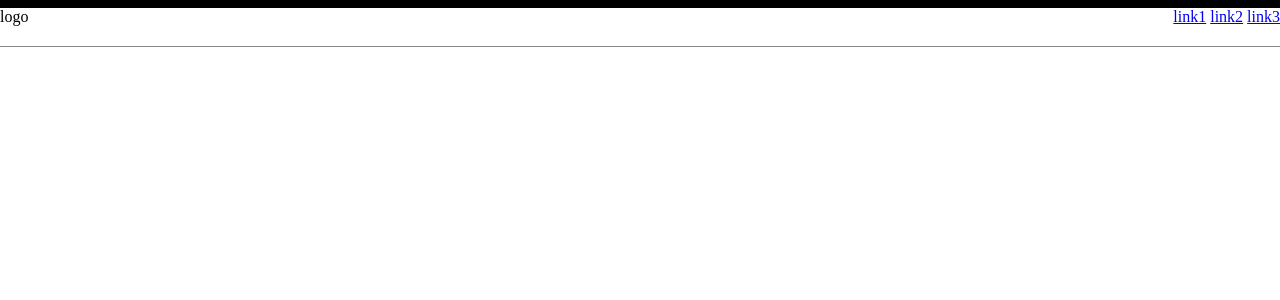
Repository: Gumiin/studia
Page: lesson 2/index.html
These files come from the project's save history. The page is drawn as it stood at one moment and after the next save; the edit follows.
The browser window is 1280 px wide. The pictures show the whole page.

Above is the page before, as saved 2021-03-17 17:21:40.

### lesson 2/index.html
<!DOCTYPE html>
<html lang="en">
<head>
    <meta charset="UTF-8">
    <meta http-equiv="X-UA-Compatible" content="IE=edge">
    <meta name="viewport" content="width=device-width, initial-scale=1.0">
    <title>Document</title>
    <link rel="stylesheet" href="style.css">
</head>
<body>
    <div id="header-bar"></div>
    <div id="header">
        <div id="logo">
            logo
        </div>
        <div id="navigation">
            <a href="#">link1</a>
            <a href="#">link2</a>
            <a href="#">link3</a>
        </div>
    </div>
    <div id="news">
        <div id="news1">

        </div>
        <div id="news2">

        </div>
    </div>
    <div id=""></div>

</body>
</html>

### lesson 2/style.css
body{
    margin:0px
}
#header-bar{
    height: 8px;
    background-color: black;
}
#header{
    display: flex;
    justify-content: space-between;
    padding-bottom: 20px;
    border-bottom: 1px solid #888;
}
#news{
    display: flex;
}

After the next save:
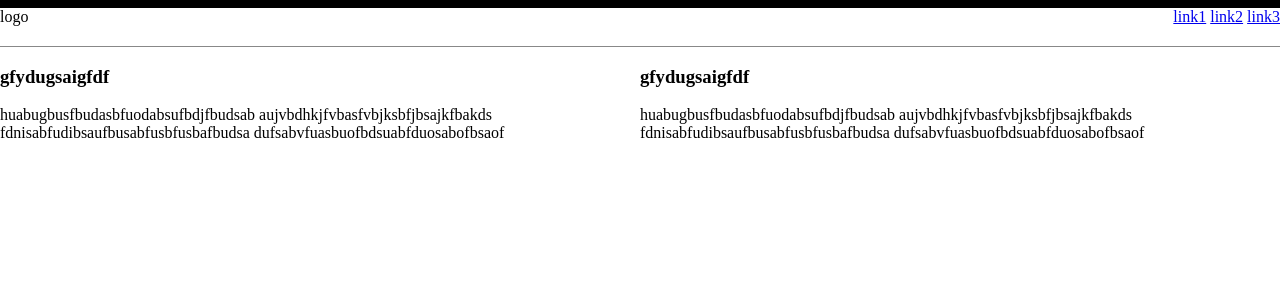
Saved 2 min 29 s later.
--- a/lesson 2/index.html
+++ b/lesson 2/index.html
@@ -21,10 +21,20 @@
     </div>
     <div id="news">
         <div id="news1">
-
+            <h3>gfydugsaigfdf</h3>
+            <p>huabugbusfbudasbfuodabsufbdjfbudsab
+                aujvbdhkjfvbasfvbjksbfjbsajkfbakds
+                fdnisabfudibsaufbusabfusbfusbafbudsa
+                dufsabvfuasbuofbdsuabfduosabofbsaof
+            </p>
         </div>
         <div id="news2">
-
+            <h3>gfydugsaigfdf</h3>
+            <p>huabugbusfbudasbfuodabsufbdjfbudsab
+                aujvbdhkjfvbasfvbjksbfjbsajkfbakds
+                fdnisabfudibsaufbusabfusbfusbafbudsa
+                dufsabvfuasbuofbdsuabfduosabofbsaof
+            </p>
         </div>
     </div>
     <div id=""></div>
